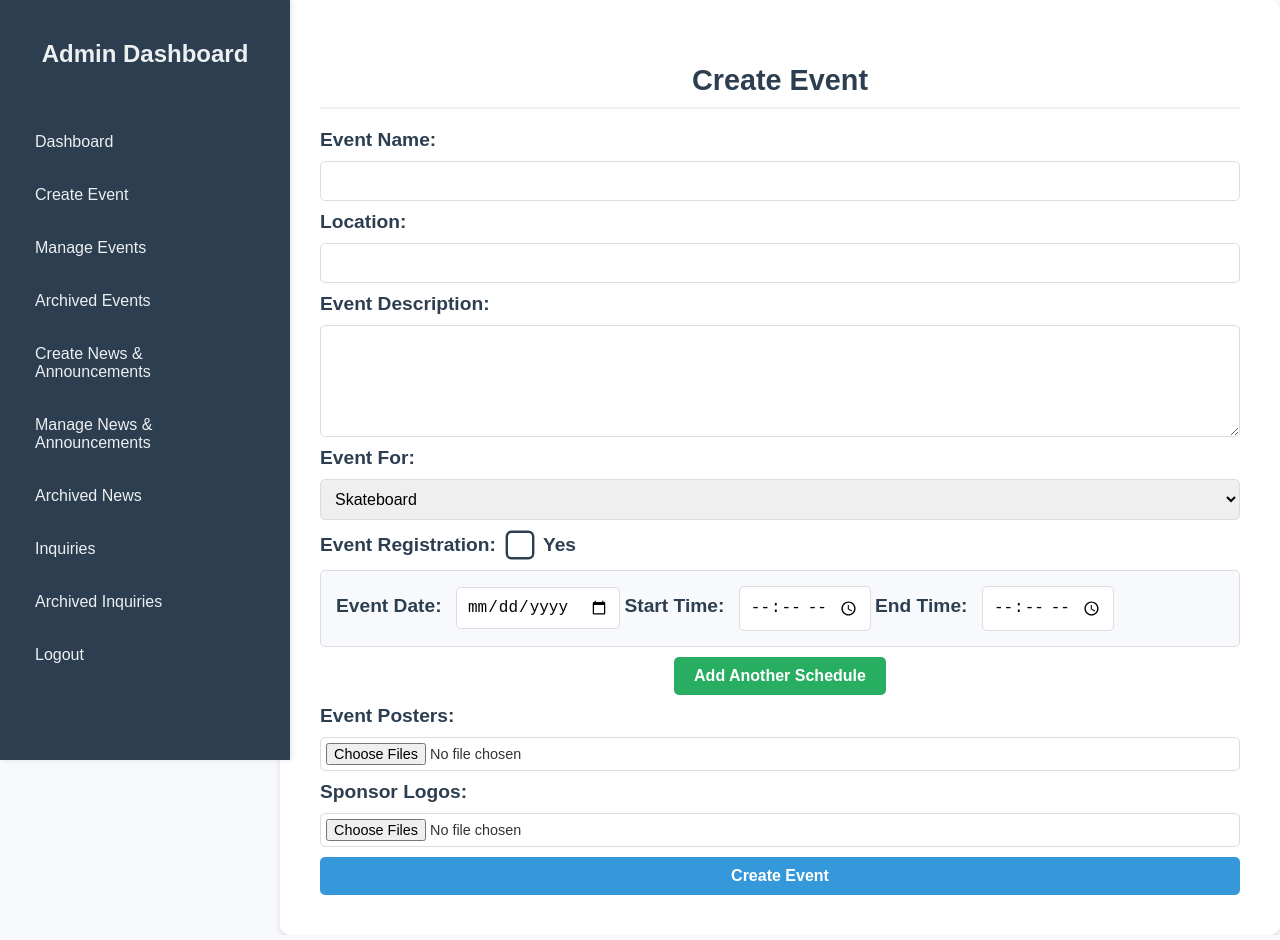
Repository: KharonKade/Capstone
Page: http://localhost/admin.html
These files come from the project's save history. The page is drawn as it stood at one moment and after the next save; the edit follows.
The browser window is 1280 px wide. The pictures show the whole page.
The page is run by PHP 8.4 with error messages shown; the project is at /var/www/html/.

Above is the page before, as saved 2025-04-01 13:09:50.

### admin.html
<!DOCTYPE html>
<html lang="en">
<head>
    <meta charset="UTF-8">
    <meta name="viewport" content="width=device-width, initial-scale=1.0">
    <title>Create Event</title>
    <link rel="stylesheet" href="Css/admin.css?v=1.0">
    <script src="https://cdn.jsdelivr.net/npm/sweetalert2@11"></script>
</head>
<body>
    <div class="admin-container">
        <nav class="sidebar">
            <h2>Admin Dashboard</h2>
            <ul>
                <li><a href="/dashboard">Dashboard</a></li>
                <li><a href="admin.html">Create Event</a></li>
                <li><a href="manage_upcoming.php">Manage Events</a></li>
                <li><a href="archived_events.php">Archived Events</a></li>
                <li><a href="create_news.html">Create News & Announcements</a></li>
                <li><a href="manage_news.php">Manage News & Announcements</a></li>
                <li><a href="archived_news.php">Archived News</a></li>
                <li><a href="view_inquiries.php">Inquiries</a></li>
                <li><a href="archived_inquiries.php">Archived Inquiries</a></li>
                <li><a href="/logout">Logout</a></li>
            </ul>
        </nav>
        <main class="content" id="create_event">
            <h2>Create Event</h2>
            <form action="store_event.php" method="post" enctype="multipart/form-data">
                <label for="event_name">Event Name:</label>
                <input type="text" name="event_name" id="event_name" required>

                <label for="location">Location:</label>
                <input type="text" name="location" id="location" required>

                <label for="description">Event Description:</label>
                <textarea name="description" id="description" rows="5" required></textarea>

                <label for="category">Event For:</label>
                <select name="category" id="category" required>
                    <option value="skateboard">Skateboard</option>
                    <option value="inline">Inline</option>
                    <option value="bmx">BMX</option>
                    <option value="all">All</option>
                </select>

                <label for="registration">
                    Event Registration:
                    <input type="checkbox" name="registration" id="registration" value="1">
                    <span>Yes</span>
                </label>

                <div id="registration-options" style="display: none;">
                    <label for="registration_limit">Registration Limit:</label>
                    <input type="number" name="registration_limit" id="registration_limit" min="1">
                </div>

                <div id="schedule-container">
                    <div class="schedule-item">
                        <label for="event_date">Event Date:</label>
                        <input type="date" name="event_date[]" required>
                        <label for="start_time">Start Time:</label>
                        <input type="time" name="start_time[]" required>
                        <label for="end_time">End Time:</label>
                        <input type="time" name="end_time[]" required>
                    </div>
                </div>
                <button type="button" id="add_schedule">Add Another Schedule</button>

                <label for="posters">Event Posters:</label>
                <input type="file" name="posters[]" id="posters" multiple required>

                <label for="sponsors">Sponsor Logos:</label>
                <input type="file" name="sponsors[]" id="sponsors" multiple required>

                <button type="submit">Create Event</button>
            </form>
        </main>
    </div>
    <script>
        // Get references to the button and container
        const addScheduleButton = document.getElementById('add_schedule');
        const scheduleContainer = document.getElementById('schedule-container');

        // Add an event listener to the "Add Another Schedule" button
        addScheduleButton.addEventListener('click', () => {
            // Create a new div for the additional schedule
            const newSchedule = document.createElement('div');
            newSchedule.classList.add('schedule-item');

            // Add the necessary input fields for a new schedule
            newSchedule.innerHTML = `
                <label for="event_date">Event Date:</label>
                <input type="date" name="event_date[]" required>
                <label for="start_time">Start Time:</label>
                <input type="time" name="start_time[]" required>
                <label for="end_time">End Time:</label>
                <input type="time" name="end_time[]" required>
                <button type="button" class="remove-schedule">Remove</button>
            `;

            // Append the new schedule div to the container
            scheduleContainer.appendChild(newSchedule);

            // Add functionality to remove the schedule
            newSchedule.querySelector('.remove-schedule').addEventListener('click', () => {
                newSchedule.remove();
            });
        });

        document.getElementById("registration").addEventListener("change", function () {
            var registrationOptions = document.getElementById("registration-options");
            registrationOptions.style.display = this.checked ? "block" : "none";
        });
    </script>
</body>
</html>

### Css/admin.css
/* admin.css */

body {
    font-family: 'Arial', sans-serif;
    margin: 0;
    padding: 0;
    background: #f7f9fc;
    color: #333;
}

.admin-container {
    display: flex;
    min-height: 100vh;
}

/* Sidebar */
.sidebar {
    width: 250px;
    background: #2c3e50;
    color: #ecf0f1;
    padding: 20px;
    box-shadow: 2px 0 5px rgba(0, 0, 0, 0.1);
    display: flex;
    flex-direction: column;
    gap: 20px;
    position: fixed;
    height: 100%;
}

.sidebar h2 {
    text-align: center;
    font-size: 1.5rem;
    margin-bottom: 20px;
}

.sidebar ul {
    list-style: none;
    padding: 0;
    margin: 0;
}

.sidebar ul li {
    margin: 15px 0;
}

.sidebar ul li a {
    text-decoration: none;
    color: #ecf0f1;
    padding: 10px 15px;
    display: block;
    border-radius: 5px;
    transition: background 0.3s;
}

.sidebar ul li a:hover {
    background: #34495e;
}

/* Main Content */
.content {
    flex-grow: 1;
    padding: 40px;
    background: #ffffff;
    border-radius: 10px;
    box-shadow: 0px 4px 6px rgba(0, 0, 0, 0.1);
    margin-left: 280px;
    align-items: center;
}

.content h2 {
    margin-bottom: 20px;
    font-size: 1.8rem;
    color: #2c3e50;
    text-align: center;
    border-bottom: 2px solid #ecf0f1;
    padding-bottom: 10px;
}

form {
    display: flex;
    flex-direction: column;
    gap: 10px;
    margin-top: 10px;
    width: 100%;
}

form label {
    font-size: 1.2rem;
    font-weight: bold;
    color: #2c3e50; /* Darker text color */
    margin-right: 10px;
    cursor: pointer;
}

form input,
form select,
form textarea,
form button {
    font-size: 1rem;
    padding: 10px;
    border: 1px solid #dcdde1;
    border-radius: 5px;
    outline: none;
    transition: border-color 0.3s, box-shadow 0.3s;
}

form input:focus,
form select:focus,
form textarea:focus {
    border-color: #3498db;
    box-shadow: 0 0 5px rgba(52, 152, 219, 0.5);
}

form button {
    background: #3498db;
    color: #ffffff;
    cursor: pointer;
    border: none;
    font-weight: bold;
    transition: background 0.3s;
}

form button:hover {
    background: #2980b9;
}

#schedule-container {
    display: flex;
    flex-direction: column;
    gap: 20px;
}

.schedule-item {
    background: #f7f9fc;
    padding: 15px;
    border: 1px solid #dcdde1;
    border-radius: 5px;
}

.schedule-item .remove-schedule {
    background: #e74c3c;
    color: #ffffff;
    border: none;
    padding: 5px 10px;
    border-radius: 5px;
    margin-top: 10px;
    cursor: pointer;
    font-size: 0.9rem;
}

.schedule-item .remove-schedule:hover {
    background: #c0392b;
}

/* Add Schedule Button */
#add_schedule {
    align-self: center;
    background: #27ae60;
    color: #ffffff;
    border: none;
    padding: 10px 20px;
    font-size: 1rem;
    border-radius: 5px;
    cursor: pointer;
    transition: background 0.3s;
}

#add_schedule:hover {
    background: #229954;
}

/* File Inputs */
form input[type="file"] {
    padding: 5px;
    font-size: 0.9rem;
}

/* Style the label */
label[for="registration"] {
    font-size: 1.2rem;
    font-weight: bold;
    color: #2c3e50;
    display: flex;
    align-items: center; /* Ensures everything stays aligned horizontally */
    gap: 8px; /* Adds spacing between elements */
}

/* Hide the default checkbox */
input[type="checkbox"] {
    appearance: none;
    -webkit-appearance: none;
    -moz-appearance: none;
    width: 20px;
    height: 20px;
    border: 2px solid #2c3e50; /* Border color */
    border-radius: 5px;
    display: inline-block;
    vertical-align: middle;
    position: relative;
    cursor: pointer;
    transition: background 0.3s ease-in-out;
    transform: scale(1.2); /* Makes the checkbox slightly bigger */
}

/* Style when checked */
input[type="checkbox"]:checked {
    background-color: #2c3e50; /* Darker color */
    border-color: #2c3e50;
}

/* Checkmark using ::after pseudo-element */
input[type="checkbox"]:checked::after {
    content: "✔";
    font-size: 1rem;
    color: white;
    position: absolute;
    left: 50%;
    top: 50%;
    transform: translate(-50%, -50%);
    font-weight: bold;
}

/* Responsive Design */
@media (max-width: 768px) {
    .admin-container {
        flex-direction: column;
    }

    .sidebar {
        width: 100%;
        flex-direction: row;
        justify-content: space-around;
    }

    .sidebar h2 {
        display: none;
    }

    .content {
        margin: 0;  /* Remove extra margin */
        padding: 20px;
        width: 100%; /* Ensure it takes full width */
    }

    form {
        padding: 0 10px;
        max-width: 100%; /* Make sure it doesn't shrink too much */
    }
}

After the next save:
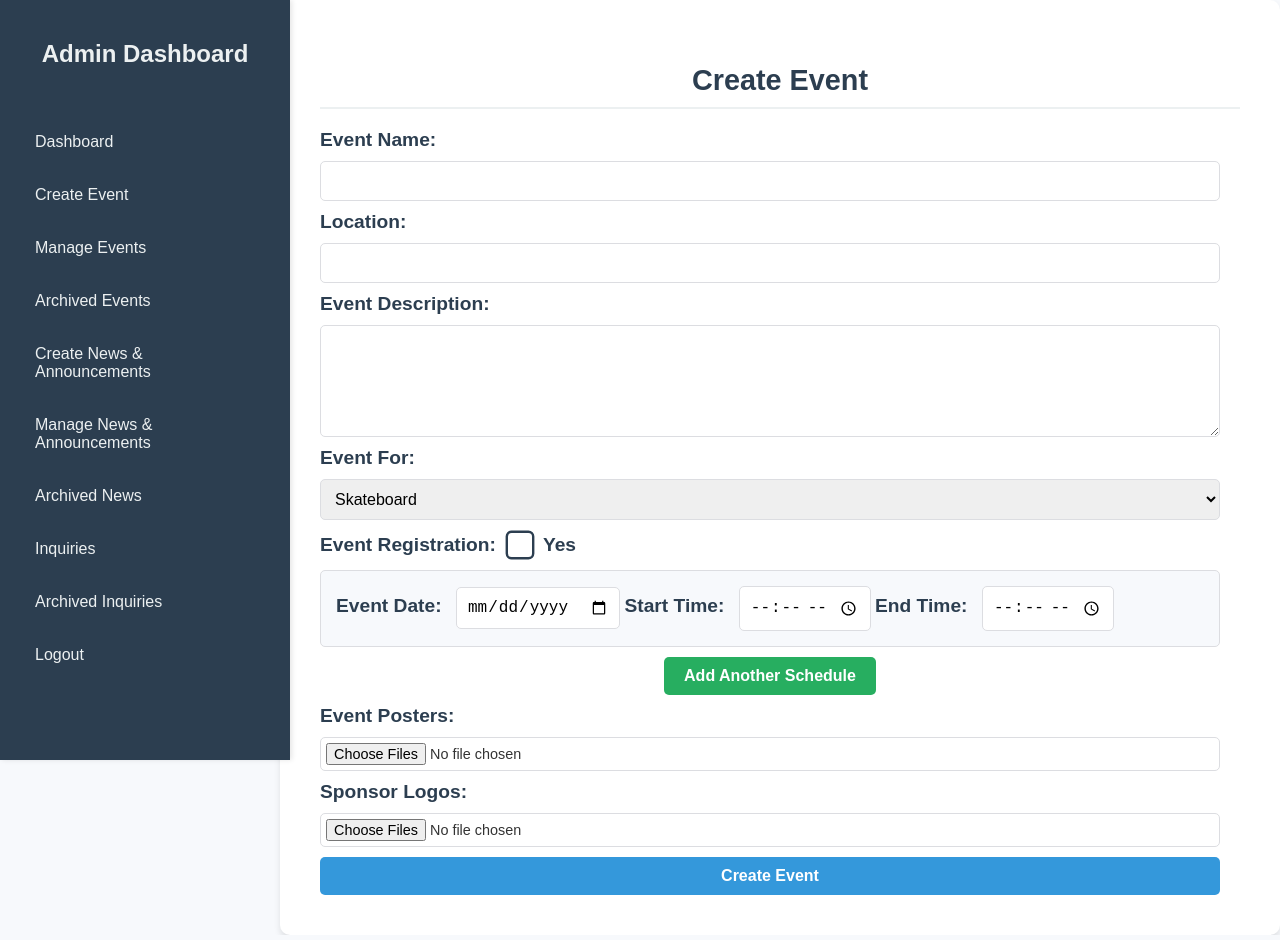
Saved 8 s later.
--- a/Css/admin.css
+++ b/Css/admin.css
@@ -81,7 +81,7 @@ form {
     flex-direction: column;
     gap: 10px;
     margin-top: 10px;
-    width: 100%;
+    width: 900px;
 }
 
 form label {
